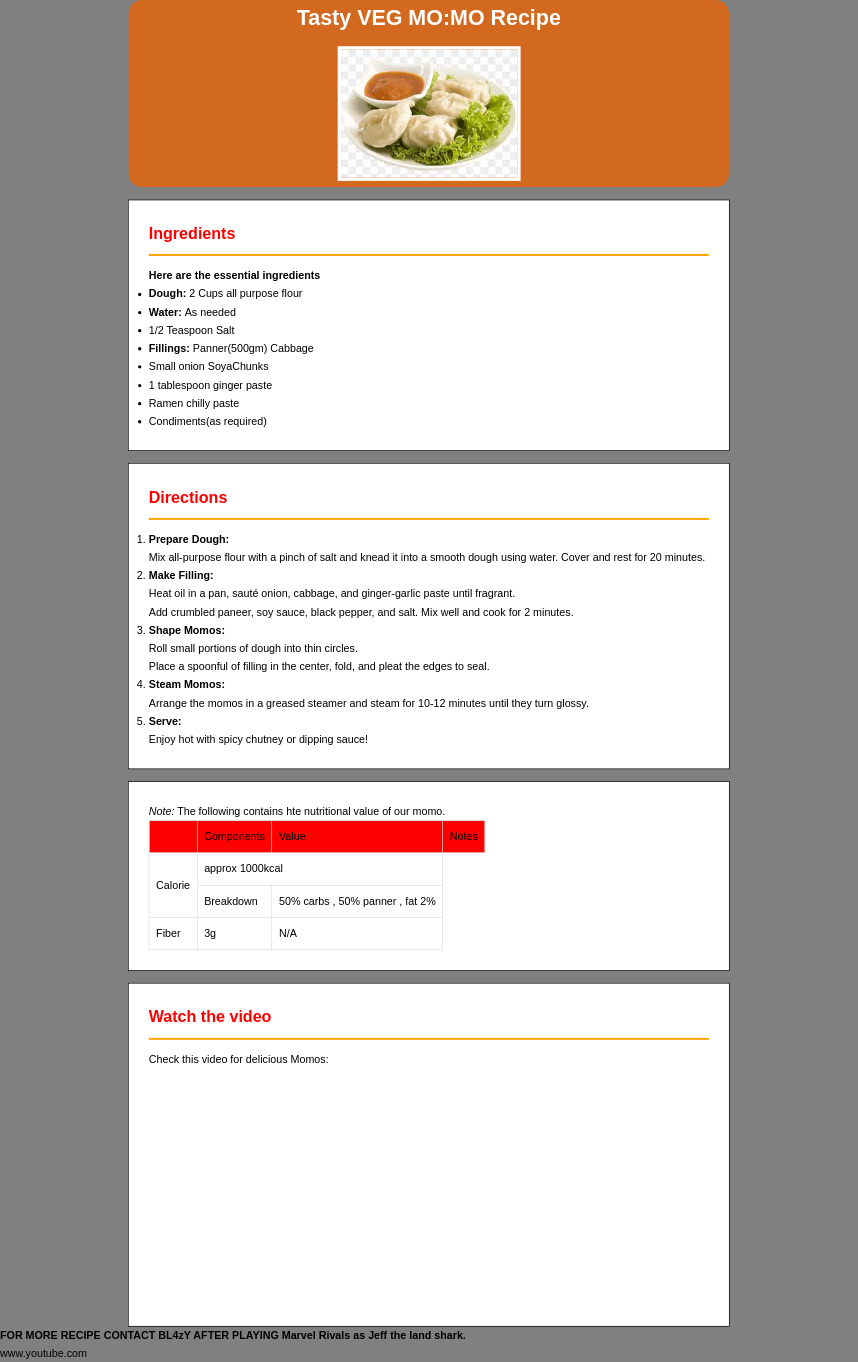
Repository: GigaByte6610/recipe
Page: index.html
These files come from the project's save history. The page is drawn as it stood at one moment and after the next save; the edit follows.
The browser window is 1280 px wide. The pictures show the whole page, at 67% of full size.
Pictures or frames that could not be fetched are drawn as grey boxes.

Above is the page before, as saved 2025-02-05 04:44:51.

After the next save:
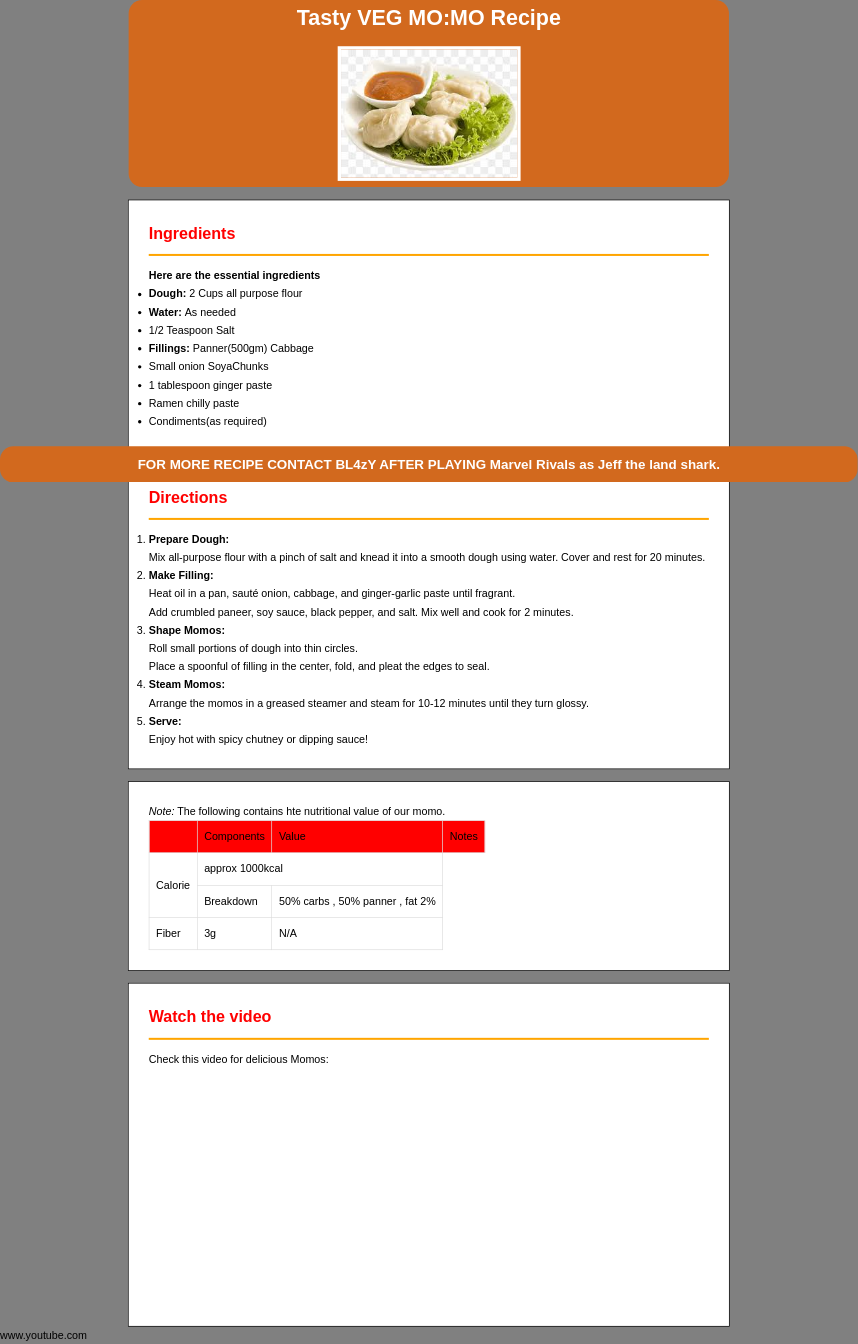
Saved 21 h 2 min later.
--- a/style.css
+++ b/style.css
@@ -69,3 +69,20 @@ iframe {
     margin: 20px auto;
     display: block;
 }
+
+footer {
+    background-color: chocolate;
+    text-align: center;
+    padding: 10px;
+    margin-top: 20px;
+    border-radius: 20px;
+    color: white;
+    font-size: 20px;
+    font-weight: bold;
+    position: fixed;
+    bottom: 0;
+    width: 100%;
+    left: 0;
+    right: 0;
+    z-index: 999;
+}
